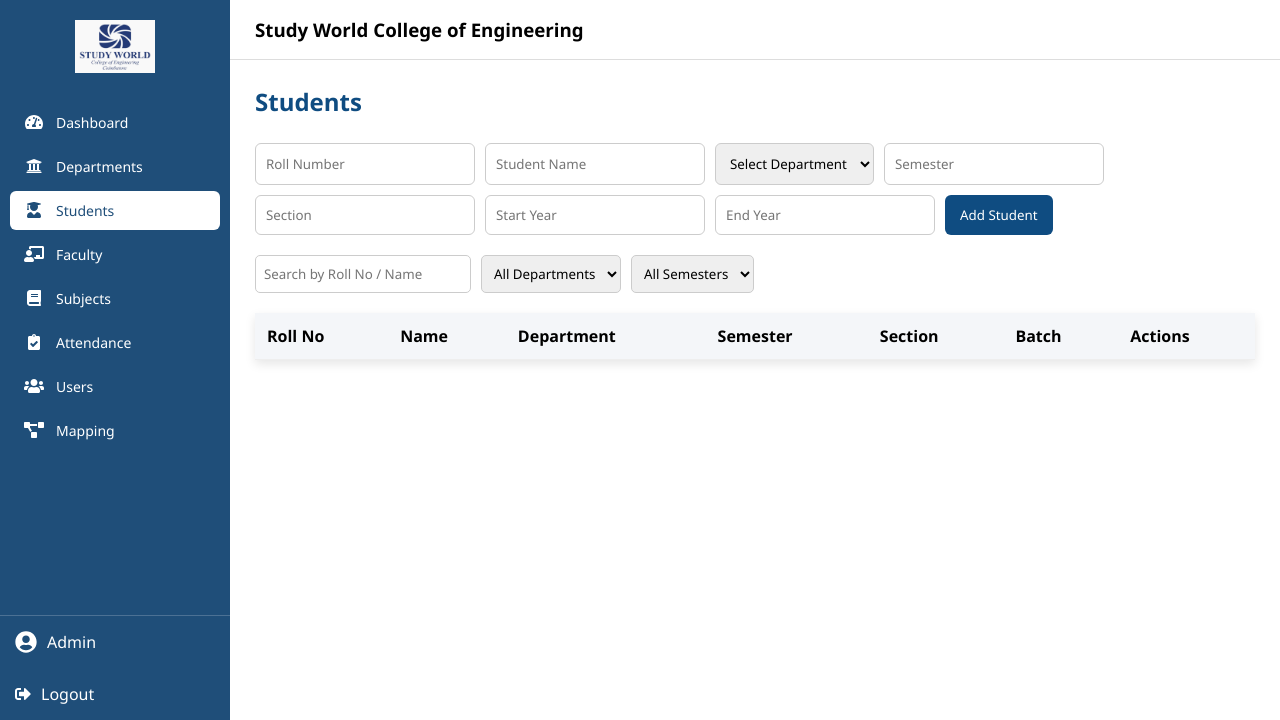
Repository: arthanarieswara/frontend
Page: /students
An editor plug-in stored every save of this project. The page is shown before and after the next save, followed by the edit.
The browser window is 1280 px wide. The pictures show the whole page.
The page's requests for data from a server got no answer. The project was rebuilt for these pictures with package versions that can differ from the ones it lists, and the page was loaded fresh each time. No one was signed in, and anything a server would have sent is missing. Also part of the build but not shown: vite.config.js, src/pages/auth/Login.jsx, src/pages/dashboard/Dashboard.css, src/pages/dashboard/Dashboard.jsx, src/pages/departments/Departments.jsx, src/pages/faculty/Faculty.css, src/pages/faculty/Faculty.jsx, src/pages/Subjects/Subjects.css and 7 more.

Above is the page before, as saved 2026-03-27 11:14:53.

### src/App.jsx
import AppRoutes from "./routes/AppRoutes";

function App() {
  return <AppRoutes />;
}

export default App;

### src/routes/AppRoutes.jsx
import { BrowserRouter, Routes, Route } from "react-router-dom";

import Login from "../pages/auth/Login";
import Dashboard from "../pages/dashboard/Dashboard";
import Departments from "../pages/departments/Departments";
import Students from "../pages/students/Students";
import Faculty from "../pages/faculty/Faculty";
import Subjects from "../pages/Subjects/Subjects";
import Attendance from "../pages/Attendance/Attendance";
import Users from "../pages/users/Users";
import UserMapping from "../pages/UserMapping/UserMapping"; // ✅ NEW
function AppRoutes() {
  return (
    <BrowserRouter>
      <Routes>
        <Route path="/" element={<Login />} />
        <Route path="/dashboard" element={<Dashboard />} />
        <Route path="/departments" element={<Departments />} />
        <Route path="/students" element={<Students />} />
        <Route path="/faculty" element={<Faculty />} />
        <Route path="/subjects" element={<Subjects />} />
        <Route path="/attendance" element={<Attendance />} />
        <Route path="/users" element={<Users />} />

        {/* ✅ NEW ROUTE */}
        <Route path="/mapping" element={<UserMapping />} />
      </Routes>
    </BrowserRouter>
  );
}

export default AppRoutes;

### src/pages/students/Students.jsx
import { useEffect, useState } from "react";
import Layout from "../../components/Layout";
import api from "../../api/api";
import "./Students.css";

function Students() {
  const [students, setStudents] = useState([]);
  const [departments, setDepartments] = useState([]);

  const [name, setName] = useState("");
  const [rollNumber, setRollNumber] = useState("");
  const [department, setDepartment] = useState("");
  const [semester, setSemester] = useState("");
  const [section, setSection] = useState("");
  const [startYear, setStartYear] = useState("");
  const [endYear, setEndYear] = useState("");

  const [editingId, setEditingId] = useState(null);

  /* FILTER STATES */
  const [search, setSearch] = useState("");
  const [filterDept, setFilterDept] = useState("");
  const [filterSemester, setFilterSemester] = useState("");

  /* PAGINATION */
  const [page, setPage] = useState(1);
  const studentsPerPage = 10; // 🔥 increased

  /* ================= FETCH ================= */

  const fetchStudents = async () => {
    const res = await api.get("/students");

    // ✅ SORT BY ROLL NUMBER ASCENDING
    const sorted = res.data.sort((a, b) =>
      a.roll_number.localeCompare(b.roll_number),
    );

    setStudents(sorted);
  };

  const fetchDepartments = async () => {
    const res = await api.get("/departments");
    setDepartments(res.data);
  };

  useEffect(() => {
    fetchStudents();
    fetchDepartments();
  }, []);

  /* ================= ADD / UPDATE ================= */

  const handleSubmit = async () => {
    const data = {
      name,
      roll_number: rollNumber,
      department_id: department,
      semester,
      section,
      start_year: startYear,
      end_year: endYear,
    };

    if (editingId) {
      await api.put(`/students/${editingId}`, data);
    } else {
      await api.post("/students", data);
    }

    resetForm();
    fetchStudents();
  };

  const resetForm = () => {
    setName("");
    setRollNumber("");
    setDepartment("");
    setSemester("");
    setSection("");
    setStartYear("");
    setEndYear("");
    setEditingId(null);
  };

  /* ================= EDIT ================= */

  const handleEdit = (student) => {
    setEditingId(student.id);
    setName(student.name);
    setRollNumber(student.roll_number);
    setDepartment(student.department_id);
    setSemester(student.semester);
    setSection(student.section);
    setStartYear(student.start_year);
    setEndYear(student.end_year);
  };

  /* ================= DELETE ================= */

  const handleDelete = async (id) => {
    if (!window.confirm("Delete this student?")) return;

    await api.delete(`/students/${id}`);
    fetchStudents();
  };

  /* ================= FILTER ================= */

  const filteredStudents = students.filter((s) => {
    return (
      (filterDept === "" || s.department_id == filterDept) &&
      (filterSemester === "" || s.semester == filterSemester) &&
      (s.roll_number?.toLowerCase().includes(search.toLowerCase()) ||
        s.name?.toLowerCase().includes(search.toLowerCase()))
    );
  });

  /* ================= PAGINATION ================= */

  const indexOfLast = page * studentsPerPage;
  const indexOfFirst = indexOfLast - studentsPerPage;

  const currentStudents = filteredStudents.slice(indexOfFirst, indexOfLast);
  const totalPages = Math.ceil(filteredStudents.length / studentsPerPage);

  /* ================= UI ================= */

  return (
    <Layout>
      <div className="students">
        <h2>Students</h2>

        {/* FORM */}

        <div className="student-form">
          <input
            placeholder="Roll Number"
            value={rollNumber}
            onChange={(e) => setRollNumber(e.target.value)}
          />

          <input
            placeholder="Student Name"
            value={name}
            onChange={(e) => setName(e.target.value)}
          />

          <select
            value={department}
            onChange={(e) => setDepartment(e.target.value)}
          >
            <option value="">Select Department</option>
            {departments.map((d) => (
              <option key={d.id} value={d.id}>
                {d.name}
              </option>
            ))}
          </select>

          <input
            placeholder="Semester"
            value={semester}
            onChange={(e) => setSemester(e.target.value)}
          />

          <input
            placeholder="Section"
            value={section}
            onChange={(e) => setSection(e.target.value)}
          />

          <input
            type="number"
            placeholder="Start Year"
            value={startYear}
            onChange={(e) => setStartYear(e.target.value)}
          />

          <input
            type="number"
            placeholder="End Year"
            value={endYear}
            onChange={(e) => setEndYear(e.target.value)}
          />

          <button onClick={handleSubmit}>
            {editingId ? "Update Student" : "Add Student"}
          </button>
        </div>

        {/* FILTERS */}

        <div className="student-filters">
          <input
            placeholder="Search by Roll No / Name"
            value={search}
            onChange={(e) => {
              setSearch(e.target.value);
              setPage(1);
            }}
          />

          <select
            value={filterDept}
            onChange={(e) => {
              setFilterDept(e.target.value);
              setPage(1);
            }}
          >
            <option value="">All Departments</option>
            {departments.map((d) => (
              <option key={d.id} value={d.id}>
                {d.name}
              </option>
            ))}
          </select>

          <select
            value={filterSemester}
            onChange={(e) => {
              setFilterSemester(e.target.value);
              setPage(1);
            }}
          >
            <option value="">All Semesters</option>
            {[1, 2, 3, 4, 5, 6, 7, 8].map((s) => (
              <option key={s} value={s}>
                Semester {s}
              </option>
            ))}
          </select>
        </div>

        {/* TABLE */}

        <table className="students-table">
          <thead>
            <tr>
              <th>Roll No</th>
              <th>Name</th>
              <th>Department</th>
              <th>Semester</th>
              <th>Section</th>
              <th>Batch</th>
              <th>Actions</th>
            </tr>
          </thead>

          <tbody>
            {currentStudents.map((s) => (
              <tr key={s.id}>
                <td>{s.roll_number}</td>
                <td>{s.name}</td>
                <td>{s.department_name}</td>
                <td>{s.semester}</td>
                <td>{s.section}</td>
                <td>
                  {s.start_year} - {s.end_year}
                </td>

                <td>
                  <button className="edit-btn" onClick={() => handleEdit(s)}>
                    Edit
                  </button>

                  <button
                    className="delete-btn"
                    onClick={() => handleDelete(s.id)}
                  >
                    Delete
                  </button>
                </td>
              </tr>
            ))}
          </tbody>
        </table>

        {/* PAGINATION */}

        <div className="pagination">
          {Array.from({ length: totalPages }, (_, i) => (
            <button
              key={i}
              onClick={() => setPage(i + 1)}
              className={page === i + 1 ? "active-page" : ""}
            >
              {i + 1}
            </button>
          ))}
        </div>
      </div>
    </Layout>
  );
}

export default Students;

### src/api/api.js
import axios from "axios";

const api = axios.create({
  baseURL: "http://localhost:5000/api",
});

/* ✅ Attach token automatically */
api.interceptors.request.use((config) => {
  const token = localStorage.getItem("token");

  if (token) {
    config.headers.Authorization = `Bearer ${token}`;
  }

  return config;
});

export default api;

### src/pages/auth/Login.css
*{
  margin:0;
  padding:0;
  box-sizing:border-box;
  font-family:"Segoe UI",sans-serif;
}

/* ANIMATED BACKGROUND */

.login-wrapper{
  height:100vh;
  display:flex;
  justify-content:center;
  align-items:center;
  background:linear-gradient(270deg,#0f4c81,#3a8bfd,#1a6ed8);
  background-size:600% 600%;
  animation:gradientBG 10s ease infinite;
}

@keyframes gradientBG{
  0%{background-position:0% 50%}
  50%{background-position:100% 50%}
  100%{background-position:0% 50%}
}

/* LOGIN CARD */

.login-card{
  width:420px;
  padding:40px;
  border-radius:12px;
  background:rgba(255,255,255,0.15);
  backdrop-filter:blur(15px);
  box-shadow:0 15px 40px rgba(0,0,0,0.3);
  text-align:center;
  color:white;
}

/* COLLEGE HEADER */

.college-logo{
  width:70px;
  margin-bottom:10px;
}

.college-header h1{
  font-size:20px;
  margin-bottom:5px;
}

.college-header p{
 font-size:13px;
  opacity:0.9;
}

.college-header span{
  font-size:12px;
  opacity:0.8;
}

.college-header{
  margin-bottom:30px;
}

/* INPUT GROUP */

.input-group{

  position:relative;
  margin-bottom:20px;
}

.input-group input{
  width:100%;
  padding:12px;
  border:none;
  border-radius:6px;
  outline:none;
  font-size:14px;
}

/* FLOATING LABEL */

.input-group label{
  position:absolute;
  left:12px;
  top:50%;
  transform:translateY(-50%);
  color:#000000;
  font-size:14px;
  pointer-events:none;
  transition:0.3s;
}

.input-group input:focus + label,
.input-group input:not(:placeholder-shown) + label{
  top:-8px;
  /* background:white; */
  padding:0 5px;
  font-size:15px;
  color:white;
}

/* PASSWORD ICON */

.password-group{
 position:relative;
}

.eye-icon{
  position:absolute;
  right:10px;
  top:50%;
  transform:translateY(-50%);
  cursor:pointer;
  color:#444;
}

/* BUTTON */

.login-btn{
  width:100%;
  padding:12px;
  border:none;
  border-radius:6px;
  background:white;
  color:#0f4c81;
  font-size:16px;
  font-weight:bold;
  cursor:pointer;
  transition:all 0.3s;
}

.login-btn:hover{
  transform:translateY(-2px);
  box-shadow:0 5px 15px rgba(0,0,0,0.3);
}

### src/components/Layout.jsx
import { useState } from "react";
import Sidebar from "./Sidebar";
import Navbar from "./Navbar";

function Layout({ children }) {

  const [collapsed,setCollapsed] = useState(false);

  return (

    <div style={{display:"flex"}}>

      <Sidebar collapsed={collapsed} />

      <div style={{flex:1}}>

        <Navbar toggleSidebar={()=>setCollapsed(!collapsed)} />

        <div style={{padding:"25px"}}>
          {children}
        </div>

      </div>

    </div>

  );

}

export default Layout;

### src/pages/departments/Departments.css
.departments h2 {
    margin-bottom: 20px;
}

.add-section {
    display: flex;
    gap: 10px;
    margin-bottom: 20px;
}

.add-section input {
    padding: 10px;
    border: 1px solid #ccc;
    border-radius: 5px;
}

.add-section button {
    background: #0f4c81;
    color: white;
    border: none;
    padding: 10px 15px;
    border-radius: 5px;
    cursor: pointer;
}

table {
    width: 100%;
    border-collapse: collapse;
    background: white;
    box-shadow: 0 5px 10px rgba(0, 0, 0, 0.1);
}

th,
td {
    padding: 12px;
    border-bottom: 1px solid #ddd;
    text-align: left;
}

.delete-btn {
    background: red;
    color: white;
    border: none;
    padding: 6px 10px;
    border-radius: 4px;
    cursor: pointer;
}

.edit-btn {
    background: #0f4c81;
    color: white;
    border: none;
    padding: 6px 10px;
    border-radius: 4px;
    cursor: pointer;
    margin: 10px;
}

### src/pages/students/Students.css
.students h2{
    margin-bottom:25px;
    font-size:24px;
    color:#0f4c81;
}

.student-form{
    display:flex;
    gap:10px;
    flex-wrap:wrap;
    margin-bottom:20px;
}

.student-form input,
.student-form select{
    padding:10px;
    border:1px solid #ccc;
    border-radius:6px;
}

.student-form button{
    background:#0f4c81;
    color:white;
    border:none;
    padding:10px 15px;
    border-radius:6px;
    cursor:pointer;
}

.students-table{
    width:100%;
    border-collapse:collapse;
    background:white;
    box-shadow:0 4px 10px rgba(0,0,0,0.1);
}

.students-table th{
    background:#f4f6f9;
}

.students-table th,
.students-table td{
    padding:12px;
    border-bottom:1px solid #eee;
}

.students-table tbody tr:hover{
    background:#f9fbfd;
}

.edit-btn{
    background:#ffc107;
    border:none;
    padding:6px 10px;
    border-radius:4px;
    margin-right:6px;
}

.delete-btn{
    background:#dc3545;
    color:white;
    border:none;
    padding:6px 10px;
    border-radius:4px;
}

.student-filters{
    display:flex;
    gap:10px;
    margin-bottom:20px;
}

.student-filters input,
.student-filters select{
    padding:8px;
    border:1px solid #ccc;
    border-radius:5px;
}

.pagination{
    margin-top:20px;
    display:flex;
    gap:8px;
}

.pagination button{
    padding:6px 10px;
    border:none;
    background:#ddd;
    cursor:pointer;
}

.pagination .active-page{
    background:#0f4c81;
    color:white;
}

### src/components/Sidebar.jsx
import { NavLink, useNavigate } from "react-router-dom";
import {
  FaTachometerAlt,
  FaUniversity,
  FaUserGraduate,
  FaChalkboardTeacher,
  FaBook,
  FaClipboardCheck,
  FaMoneyBill,
  FaSignOutAlt,
  FaUserCircle,
  FaUsers,
  FaProjectDiagram,
} from "react-icons/fa";

import "./Sidebar.css";

function Sidebar({ collapsed }) {
  const navigate = useNavigate();

  const handleLogout = () => {
    localStorage.removeItem("token");
    navigate("/");
  };

  return (
    <div className="main-content">
      <div className={`sidebar ${collapsed ? "collapsed" : ""}`}>
        <div className="sidebar-header">
          <img src="/college-logo.png" className="sidebar-logo" />
        </div>

        <nav className="menu">
          <NavLink to="/dashboard" className="menu-item">
            <FaTachometerAlt />
            <span>Dashboard</span>
          </NavLink>

          <NavLink to="/departments" className="menu-item">
            <FaUniversity />
            <span>Departments</span>
          </NavLink>

          <NavLink to="/students" className="menu-item">
            <FaUserGraduate />
            <span>Students</span>
          </NavLink>

          <NavLink to="/faculty" className="menu-item">
            <FaChalkboardTeacher />
            <span>Faculty</span>
          </NavLink>

          <NavLink to="/subjects" className="menu-item">
            <FaBook />
            <span>Subjects</span>
          </NavLink>

          <NavLink to="/attendance" className="menu-item">
            <FaClipboardCheck />
            <span>Attendance</span>
          </NavLink>

          {/* <NavLink to="/fees" className="menu-item">
          <FaMoneyBill />
          <span>Fees</span>
        </NavLink> */}

          <NavLink to="/users" className="menu-item">
            <FaUsers />
            <span>Users</span>
          </NavLink>
          <NavLink to="/mapping" className="menu-item">
            <FaProjectDiagram />
            <span>Mapping</span>
          </NavLink>
        </nav>

        {/* PROFILE SECTION */}

        <div className="bottom-section">
          <div className="profile">
            <FaUserCircle className="profile-icon" />
            <span>Admin</span>
          </div>

          <div className="logout" onClick={handleLogout}>
            <FaSignOutAlt />
            <span>Logout</span>
          </div>
        </div>
      </div>
    </div>
  );
}

export default Sidebar;

### src/components/Navbar.jsx
import { FaBars } from "react-icons/fa";
import "./Navbar.css";

function Navbar({ toggleSidebar }) {

    return (

        <div className="navbar">

            {/* <FaBars className="toggle-btn" onClick={toggleSidebar} /> */}

            <h3>Study World College of Engineering</h3>

        </div>

    )

}

export default Navbar;

### src/components/Sidebar.css
.sidebar {
  width: 230px;
  height: 100vh;
  background: #1f4e79;
  color: white;
  display: flex;
  flex-direction: column;
  justify-content: space-between;
  position: fixed;
  left: 0;
  top: 0;
}

/* HEADER */

.sidebar-header {
  display: flex;
  justify-content: center;
  align-items: center;
  padding: 20px 10px;
}

.sidebar-logo {
  width: 80px;
  object-fit: contain;
}

/* MENU */

.menu {
  display: flex;
  flex-direction: column;
  gap: 5px;
  padding: 10px;
}

/* MENU ITEM */

.menu-item {
  display: flex;
  align-items: center;
  gap: 12px;
  padding: 10px 14px;
  color: white;
  text-decoration: none;
  border-radius: 6px;
  transition: 0.3s;
  font-size: 14px;
}

.menu-item svg {
  font-size: 16px;
  min-width: 20px;
}

.menu-item:hover {
  background: rgba(255, 255, 255, 0.15);
}

.menu-item.active {
  background: white;
  color: #1f4e79;
}

/* PUSH BOTTOM SECTION DOWN */

.bottom-section {
  margin-top: auto;
}

/* PROFILE */

.profile {
  display: flex;
  align-items: center;
  gap: 10px;
  padding: 15px;
  border-top: 1px solid rgba(255, 255, 255, 0.2);
}

.profile-icon {
  font-size: 22px;
}

/* LOGOUT */

.logout {
  display: flex;
  align-items: center;
  gap: 10px;
  padding: 15px;
  cursor: pointer;
  transition: 0.3s;
}

.logout:hover {
  background: rgba(255, 0, 0, 0.2);
}

.main-content {
  margin-left: 190px; /* SAME AS SIDEBAR WIDTH */
  padding: 20px;
}

### src/components/Navbar.css
.navbar{
  height:60px;
  background:white;
  border-bottom:1px solid #ddd;
  display:flex;
  align-items:center;
  padding:0 25px;
}

Loaded but not shown: index.html (common file); src/main.jsx (common file)

After the next save:
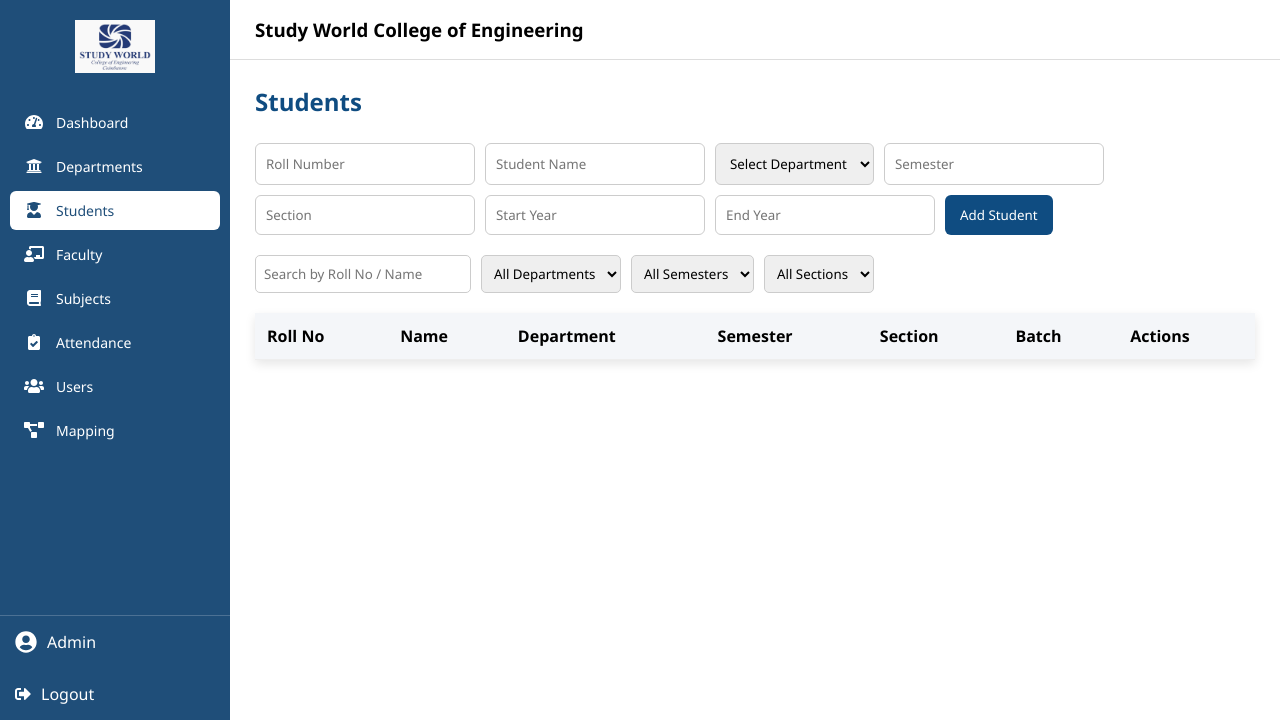
Saved 3 h 52 min later.
--- a/src/pages/students/Students.jsx
+++ b/src/pages/students/Students.jsx
@@ -21,17 +21,17 @@ function Students() {
   const [search, setSearch] = useState("");
   const [filterDept, setFilterDept] = useState("");
   const [filterSemester, setFilterSemester] = useState("");
+  const [filterSection, setFilterSection] = useState(""); // ✅ NEW
 
   /* PAGINATION */
   const [page, setPage] = useState(1);
-  const studentsPerPage = 10; // 🔥 increased
+  const studentsPerPage = 10;
 
   /* ================= FETCH ================= */
 
   const fetchStudents = async () => {
     const res = await api.get("/students");
 
-    // ✅ SORT BY ROLL NUMBER ASCENDING
     const sorted = res.data.sort((a, b) =>
       a.roll_number.localeCompare(b.roll_number),
     );
@@ -111,6 +111,7 @@ function Students() {
     return (
       (filterDept === "" || s.department_id == filterDept) &&
       (filterSemester === "" || s.semester == filterSemester) &&
+      (filterSection === "" || s.section === filterSection) && // ✅ NEW
       (s.roll_number?.toLowerCase().includes(search.toLowerCase()) ||
         s.name?.toLowerCase().includes(search.toLowerCase()))
     );
@@ -227,6 +228,22 @@ function Students() {
             {[1, 2, 3, 4, 5, 6, 7, 8].map((s) => (
               <option key={s} value={s}>
                 Semester {s}
+              </option>
+            ))}
+          </select>
+
+          {/* ✅ SECTION FILTER */}
+          <select
+            value={filterSection}
+            onChange={(e) => {
+              setFilterSection(e.target.value);
+              setPage(1);
+            }}
+          >
+            <option value="">All Sections</option>
+            {["A", "B", "C", "D"].map((sec) => (
+              <option key={sec} value={sec}>
+                Section {sec}
               </option>
             ))}
           </select>
